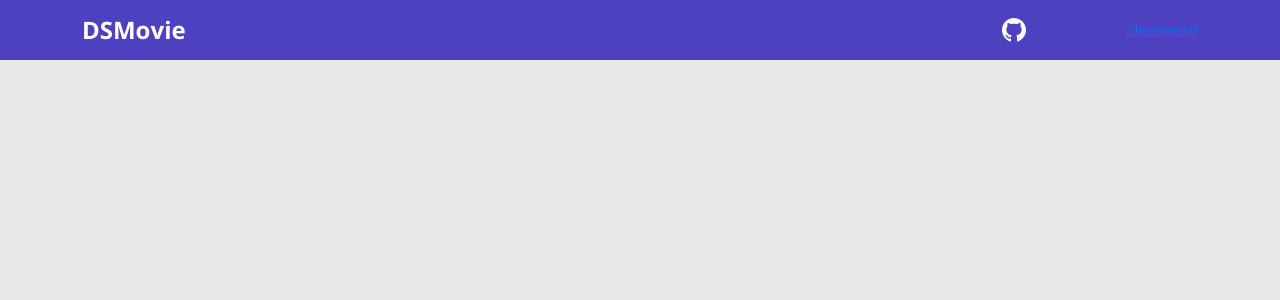
Repository: lcpsantos/dsmovie
Page: / (app in frontend/)
The author's editor kept a copy of each file at every save. The page is drawn from the files as they stood at one save, then again after the next save.
The browser window is 1280 px wide. The pictures show the whole page.
The project was rebuilt for these pictures with package versions that can differ from the ones it lists, and the page was loaded fresh each time.

Above is the page before, as saved 2022-03-13 13:31:43.

### frontend/src/index.tsx
import React from 'react';
import ReactDOM from 'react-dom';
import './index.css';
import 'bootstrap/dist/css/bootstrap.css';
import App from './App';

ReactDOM.render(
  <React.StrictMode>
    <App />
  </React.StrictMode>,
  document.getElementById('root')
);

### frontend/src/App.tsx
import Navbar from "./components/Navbar";

function App() {
  return (
   <Navbar />
  );
}

export default App;

### frontend/src/components/Navbar/index.tsx
import { ReactComponent as GitHubIcon } from "assets/img/github.svg";
import './styles.css';

function Navbar() {
  return (
    <header>
      <nav className="container">
        <div className="dsmovie-nav-content">
          <h1>DSMovie</h1>
          <a href="https://github.com/lcpsantos">
            <div className="dsmovie-contact-container">
              <GitHubIcon />
              <p className="dsmovie-contact-link">/devsuperior</p>
            </div>
          </a>
        </div>
      </nav>
    </header>
  );
}

export default Navbar;

### frontend/src/components/Navbar/styles.css
header {
  background-color: var(--color-primary);
  height: 60px;
  display: flex;
  align-items: center;
}

.dsmovie-nav-content {
  display: flex;
  justify-content: space-between;
  align-items: center;
  color: #fff;
}

.dsmovie-nav-content h1 {
  margin: 0;
  font-weight: 700;
  font-size: 24px;
}

.dsmovie-contact-container {
  display: flex;
  align-items: center;
}

.dsmovie-contact-link {
  margin: 0 0 0 100px;
  font-size: 12px;
}

Loaded but not shown: frontend/public/index.html (common file); frontend/src/index.css (common file)

After the next save:
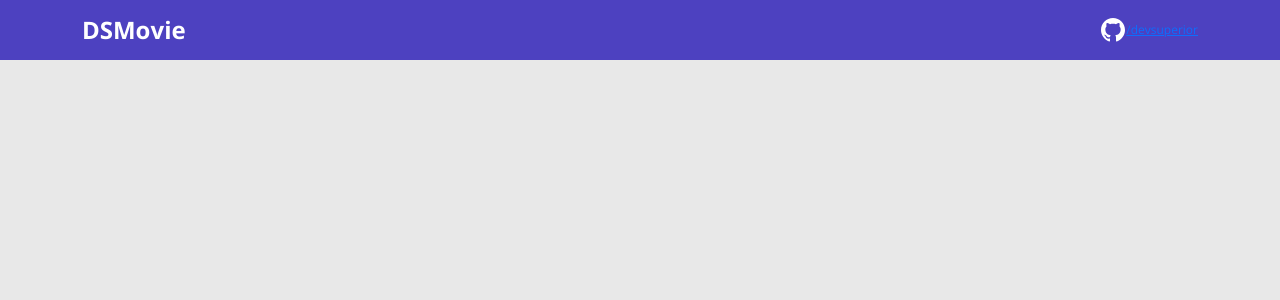
Saved 9 s later.
--- a/frontend/src/components/Navbar/styles.css
+++ b/frontend/src/components/Navbar/styles.css
@@ -24,6 +24,6 @@
 }
 
 .dsmovie-contact-link {
-  margin: 0 0 0 100px;
+  margin: 0 0 0 1px;
   font-size: 12px;
 }
